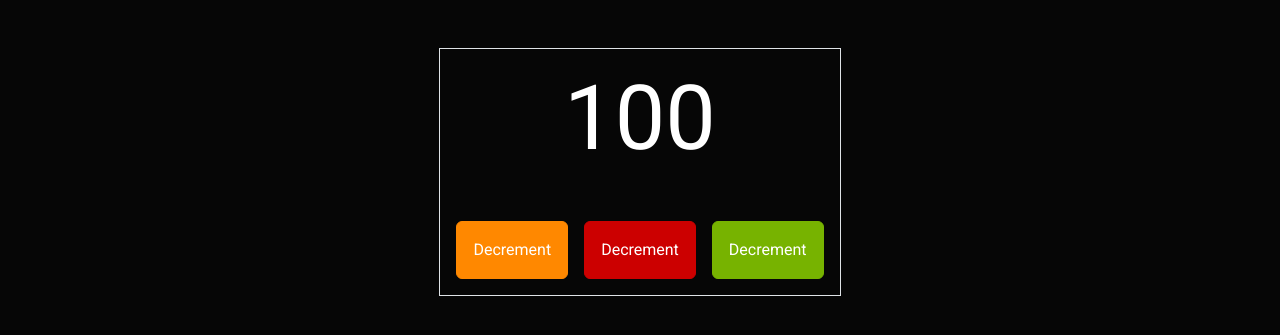
Repository: Afraz13/Emoboo
Page: /
These files come from the project's save history. The page is drawn as it stood at one moment and after the next save; the edit follows.
The browser window is 1280 px wide. The pictures show the whole page.
The project was rebuilt for these pictures with package versions that can differ from the ones it lists, and the page was loaded fresh each time.

Above is the page before, as saved 2024-08-15 12:36:05.

After the next save:
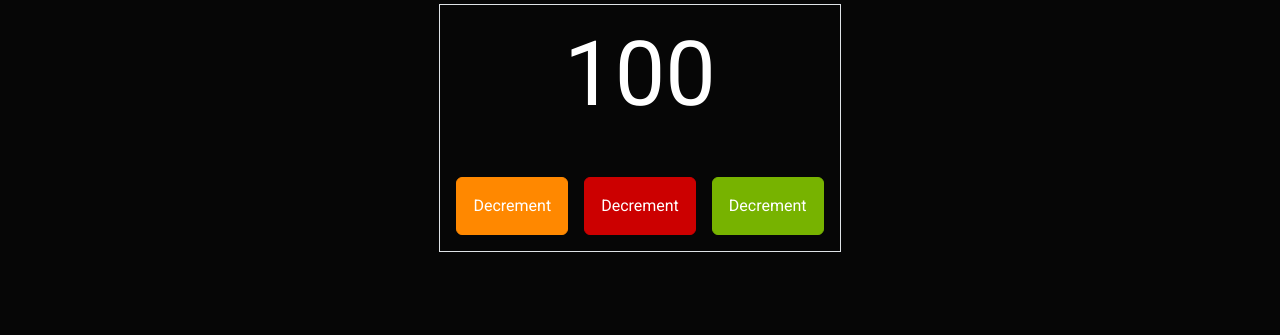
Saved 13 s later.
--- a/src/compontent/Counter.jsx
+++ b/src/compontent/Counter.jsx
@@ -2,7 +2,7 @@
 
 function Counter() {
   return (
-    <div className='d-flex justify-content-center align-items-center w-100 flex-column mt-5  '>
+    <div className='d-flex justify-content-center align-items-center w-100 flex-column mt-1  '>
         <div className='border p-3 '>
         <h1 style={{fontSize:'90px'}}>100</h1>
         <div className='mt-5'>

After the save that followed:
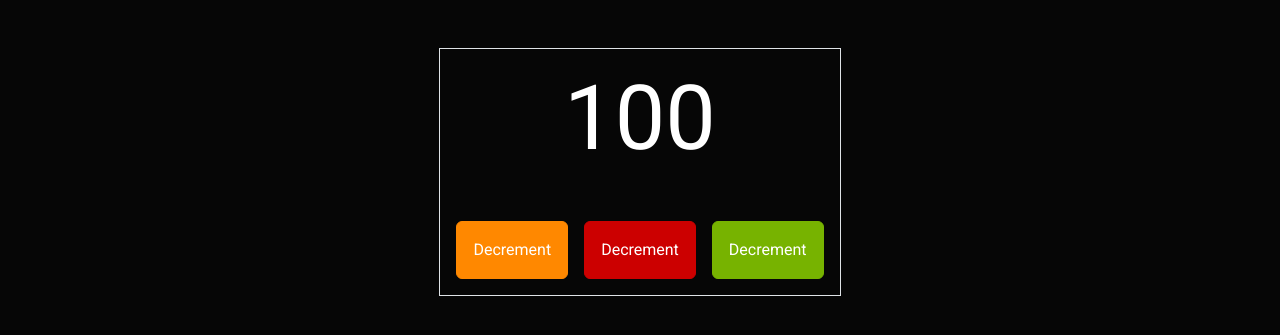
Saved 6 s later.
--- a/src/compontent/Counter.jsx
+++ b/src/compontent/Counter.jsx
@@ -2,7 +2,7 @@
 
 function Counter() {
   return (
-    <div className='d-flex justify-content-center align-items-center w-100 flex-column mt-1  '>
+    <div className='d-flex justify-content-center align-items-center w-100 flex-column mt-5  '>
         <div className='border p-3 '>
         <h1 style={{fontSize:'90px'}}>100</h1>
         <div className='mt-5'>
